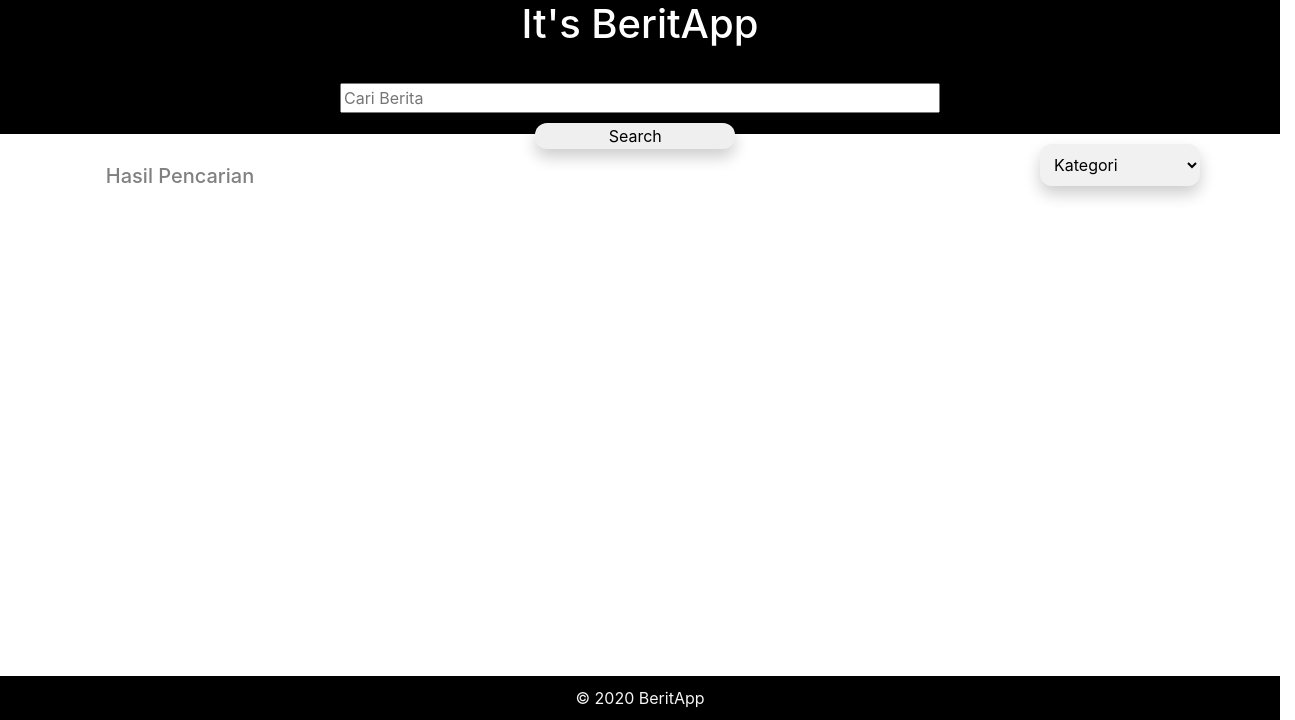
Repository: faalihnst/berita
Page: /
The author's editor kept a copy of each file at every save. The page is drawn from the files as they stood at one save, then again after the next save.
The browser window is 1280 px wide. The page is 1295 px wide, so the pictures cover 1295 px, including what lies to the right of the window. The pictures show the whole page.
The project was rebuilt for these pictures with package versions that can differ from the ones it lists, and the page was loaded fresh each time.

Above is the page before, as saved 2020-06-05 07:57:58.

After the next save:
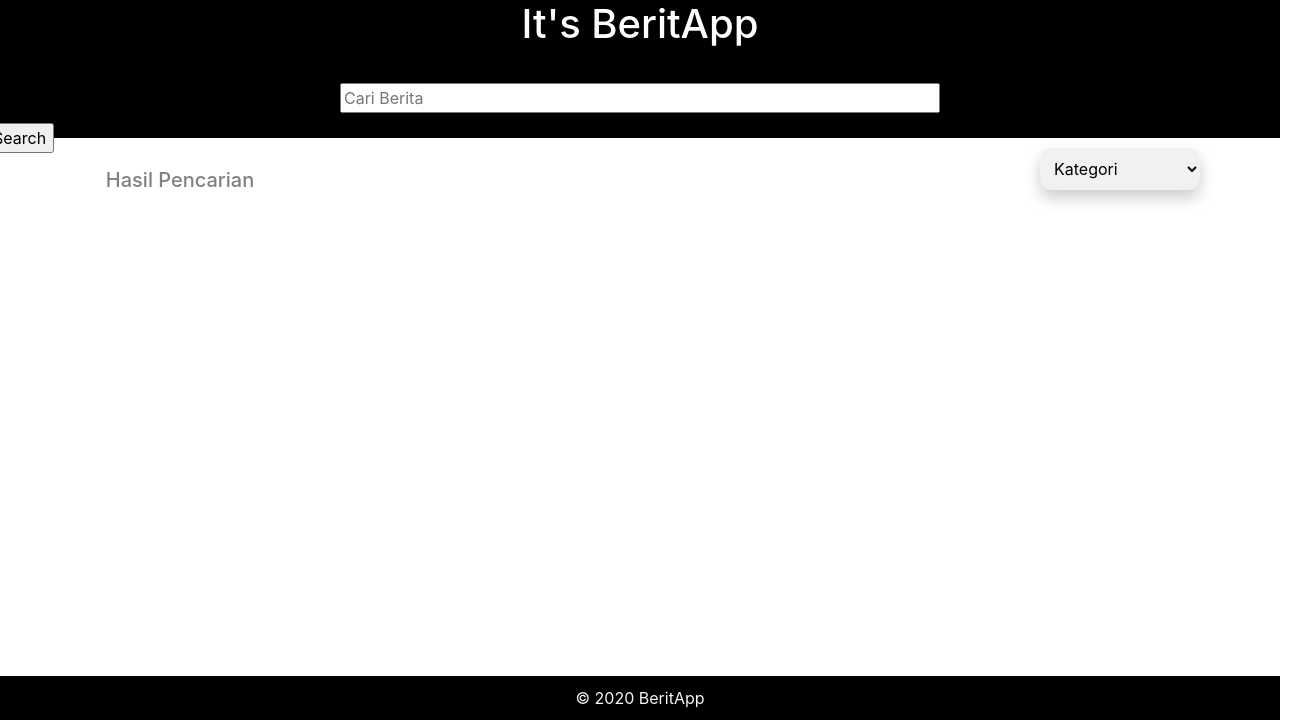
Saved 9 min 35 s later.
--- a/src/assets/style.css
+++ b/src/assets/style.css
@@ -89,7 +89,7 @@ input#titleBar{
   align-content: center;
 }
 
-.button#search{
+/* .button#search{
   margin-top: 0%;
   margin-left: 42%;
   width: 200px;
@@ -97,7 +97,7 @@ input#titleBar{
   border: none;
   box-shadow: 0px 8px 16px 0px rgba(0,0,0,0.2);
   z-index: 1;
-}
+} */
 
 .grid-container{
   grid-template-columns: auto auto;
